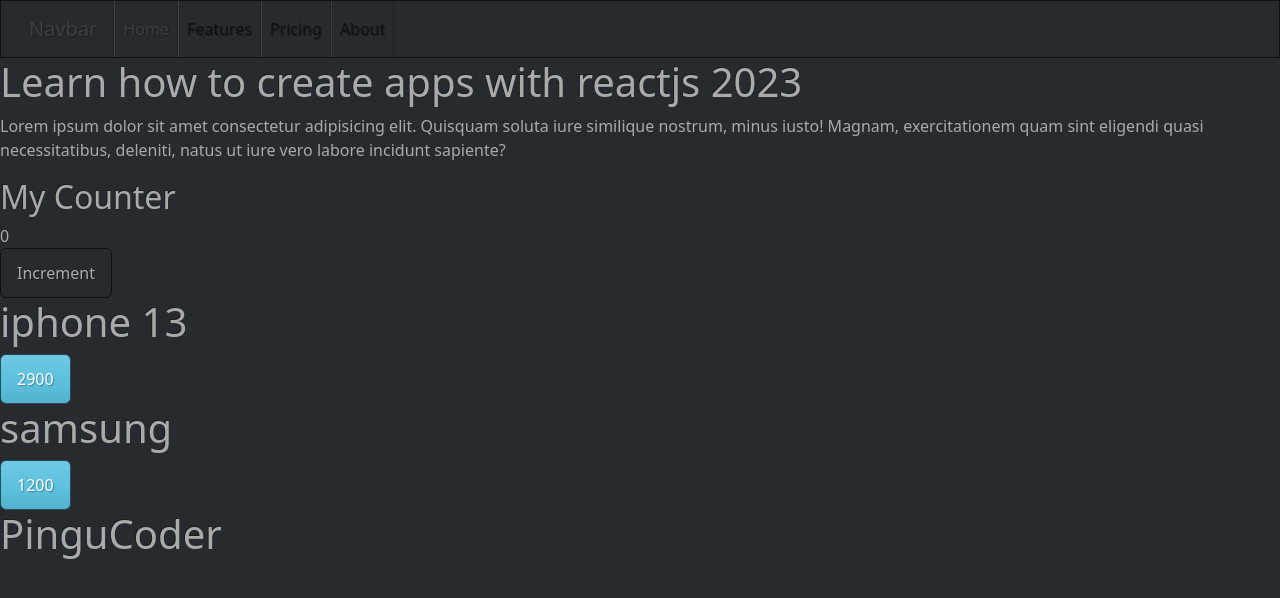
Repository: chanwarichawki/React-BC
Page: /
The author's editor kept a copy of each file at every save. The page is drawn from the files as they stood at one save, then again after a run of saves.
The browser window is 1280 px wide. The pictures show the whole page.
Some web libraries are served in a nearby version. The project was rebuilt for these pictures with package versions that can differ from the ones it lists, and the page was loaded fresh each time. Also part of the build but not shown: vite.config.js.

Above is the page before, as saved 2024-01-15 19:14:45.

After the next 6 saves:
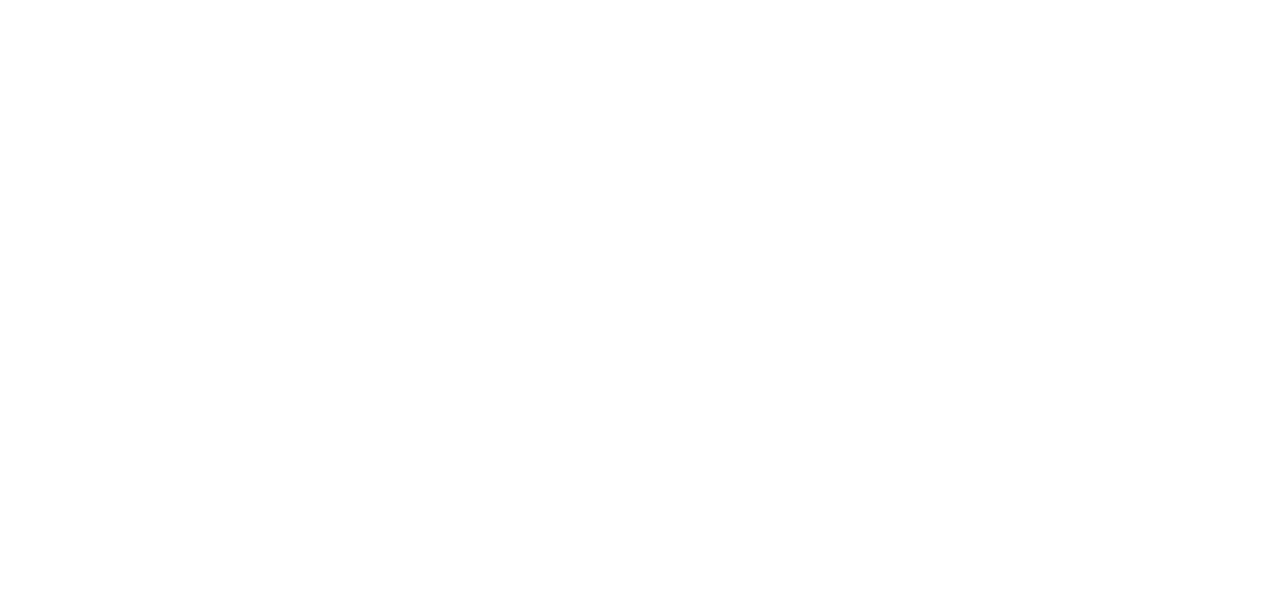
Console error: ReferenceError: Prp is not defined
The 6 saves are shown as one change because they came seconds apart.
The last was saved 14 s later.
--- a/src/components/Product.jsx
+++ b/src/components/Product.jsx
@@ -15,6 +15,8 @@
   )
 }
 
-Product
+Product.prototype = {
+  label: Prp
+}
 
 export default Product

After the 2 saves that followed:
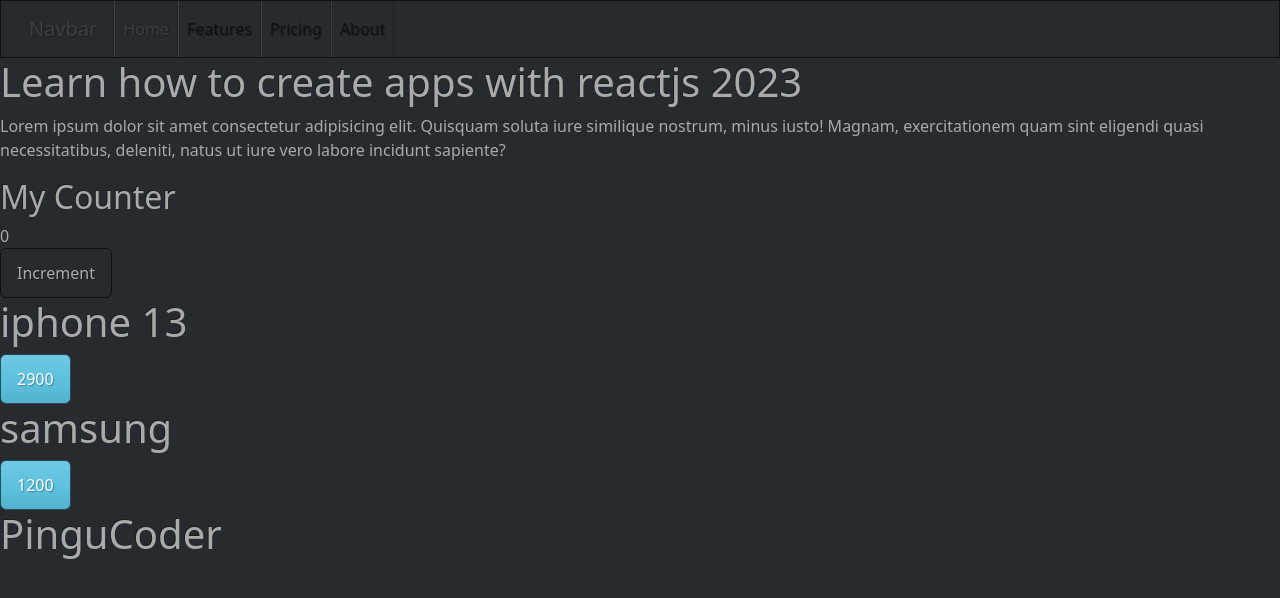
The error is gone.
The 2 saves are shown as one change because they came seconds apart.
The last was saved 9 s later.
--- a/src/components/Product.jsx
+++ b/src/components/Product.jsx
@@ -16,7 +16,7 @@
 }
 
 Product.prototype = {
-  label: Prp
+  label: PropTypes.string,
 }
 
 export default Product
